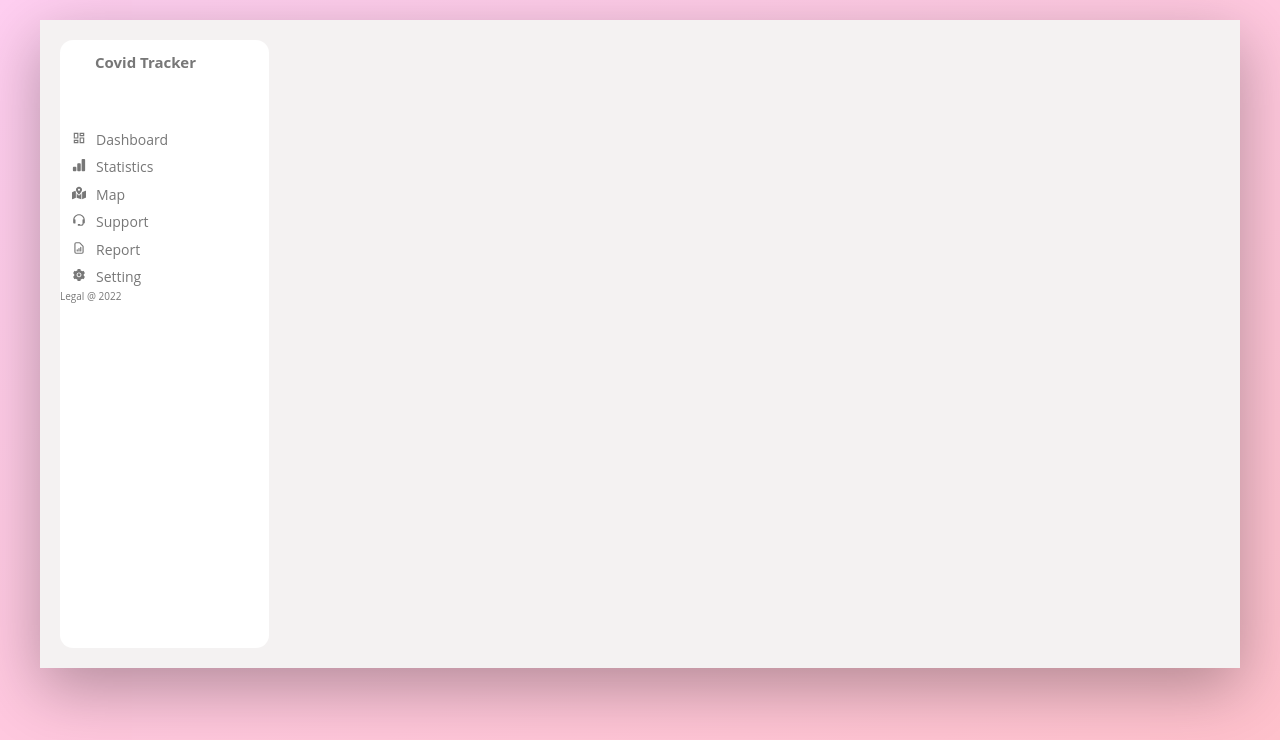
Repository: okidijimmy200/CovidAdminTracker
Page: /
An editor plug-in stored every save of this project. The page is shown before and after the next save, followed by the edit.
The browser window is 1280 px wide. The pictures show the whole page.
The project was rebuilt for these pictures with package versions that can differ from the ones it lists, and the page was loaded fresh each time.

Above is the page before, as saved 2022-06-10 09:40:18.

### src/index.scss
:root {
  --color-primary:#eb2f64;
  --color-primary-light:#ffcff1;
  --color-primary-dark:#ffc1cc;
  --color-grey-light-1: #faf9f9;
  --color-grey-light-2: #f4f2f2;
  --color-grey-light-3: #f0eeee;
  --color-grey-light-4: #ccc;
  --color-grey-dark-1: #333;
  --color-grey-dark-2: #777;
  --color-grey-dark-3: #999;

  // creating variable for box
  --shadow-dark: 0 2rem 6rem rgba(0, 0, 0, 0.3);

  --shadow-light: 0 2rem 5rem rgba(0,0,0,.06);
}


* {
  margin: 0;
  padding: 0;
}
*,
*::before,
*::after {
  box-sizing: inherit;
}

html {
  box-sizing: border-box;
  font-size: 62.5%;

}

body {
  font-family: 'Open Sans', sans-serif;
  font-weight: 400;
  line-height: 1.6;
  color: var(--color-grey-dark-2);
  background-image: linear-gradient(to right bottom, var(--color-primary-light), var(--color-primary-dark));
  background-size: cover;
  background-repeat: no-repeat;
  min-height: 100vh;
}

### src/App.tsx
import React from 'react';
import Sidebar from './sidebar/sidebar';
import Content from './core/content';
import './App.scss';

function App() {
  return (
    <div data-testid='container' className="container">
      <div className="content">
      <Sidebar />
      <Content />
      </div>

    </div>
  );
}

export default App;

### src/sidebar/sidebar.tsx
import React from 'react'
import {MdOutlineDashboard  } from 'react-icons/md'
import { BsFillBarChartFill } from 'react-icons/bs'
import { FaMapMarkedAlt } from 'react-icons/fa'
import { BiSupport } from 'react-icons/bi'
import { HiOutlineDocumentReport } from 'react-icons/hi'
import { AiFillSetting } from 'react-icons/ai'

import './sidebar.scss'

export default function sidebar() {
  return (
    <>
    <nav className="sidebar">
        <h2 className='title'>Covid Tracker</h2>
        <div className='sidebar-flex'>

        <ul className="side-nav">
            <li className="side-nav__item side-nav__item--active">
                <span className='side-nav__icon'><MdOutlineDashboard /></span>
                    <span>Dashboard</span>
            </li>
            <li className="side-nav__item">
                {/* <a href="#" class="side-nav__link"> */}
                    <span className="side-nav__icon">
                        <BsFillBarChartFill />
                        {/* <use xlink:href="img/spritspam#icon-aircraft-take-off"></use> */}
                    </span>
                    <span>Statistics</span>
                {/* </a> */}
            </li>
            <li className="side-nav__item">
                {/* <a href="#" class="side-nav__link"> */}
                    <span className="side-nav__icon">
                        <FaMapMarkedAlt />
                        {/* <use xlink:href="img/sprite.svg#icon-key"></use> */}
                    </span>
                    <span>Map</span>
                {/* </a> */}
            </li>
            <li className="side-nav__item">
                {/* <a href="#" className="side-nav__link"> */}
                    <span className="side-nav__icon">
                        {/* <use xlink:href="img/sprite.svg#icon-map"></use> */}
                        <BiSupport />
                    </span>
                    <span>Support</span>
                {/* </a> */}
            </li>
            <li className="side-nav__item">
                {/* <a href="#" className="side-nav__link"> */}
                    <span className="side-nav__icon">
                        {/* <use xlink:href="img/sprite.svg#icon-map"></use> */}
                        <HiOutlineDocumentReport />
                    </span>
                    <span>Report</span>
                {/* </a> */}
            </li>
            <li className="side-nav__item">
                {/* <a href="#" className="side-nav__link"> */}
                    <span className="side-nav__icon">
                        {/* <use xlink:href="img/sprite.svg#icon-map"></use> */}
                        <AiFillSetting />
                    </span>
                    <span>Setting</span>
                {/* </a> */}
            </li>
        </ul>
        <div className="legal">
            Legal @ 2022
        </div>
        </div>
    </nav>
</>
  )
}

### src/core/content.tsx
import React from 'react'

import './content.scss'

export default function Content() {
  return (
    <main className="hotel-view">
    </main>
  )
}

### src/App.scss
.container {
  max-width: 120rem;
  // centering in the view port
  margin: 2rem auto;
  background-color: var(--color-grey-light-2);
  // box-shadow:;
  box-shadow: var(--shadow-dark);

  // min height for testing
  // min-height: 60rem;

}

.content {
  display: flex;
  min-height: 90vh;
  padding: 2rem;
}

### src/sidebar/sidebar.scss

.sidebar {
    // styling the sidebar
    background-color: #fff;
    // flex property to define width, grow 0, shrink 0
    flex: 0 0 18%;
    // to create alot of space in the container for legal text
    border-radius: 1.3rem;
}

.side-nav {
    // adding font size
    font-size: 1.4rem;
    list-style: none;
    margin-top: 3.5rem;

   &__item {
       // parent element set to relative to element the hover effect
       position: relative;
       cursor: pointer;
       margin-left: 1.2rem;

       // to create space btn the items
       &:not(:last-child) {
           margin-bottom: .5rem;
       }
   }

   // this shd be visible only when we hover the item
   &__item:hover::before,
   // to make one of the li items initially highlighted
   &__item--active::before {
       width: 100%;
   }

   // to show the item as selected
   &__item:active::before {
       background-color: #fff;
   }


   &__link:link,
   &__link:visited {
    //    color: var(--color-grey-light-1);
       text-decoration: none;
       text-transform: uppercase;
       display: inline-block;
       padding: 1.5rem 3rem;
       // z-index only works with positioning
       position: relative;
       z-index: 10;
       // to align items in straight line
       display: flex;
       align-items: center;
   }

   &__icon {
       // reduce size of icons
       width: 1.75rem;
       height: 1.75rem;
       margin-right: 1rem;
       // current color is the color of the current element
       fill:currentColor;
   }
}
.sidebar-flex {
    display: flex;
    flex-direction: column;
    justify-content: space-between;
    // height: 90rem;
}
.title {
    padding: 1rem 2rem 2rem 3.5rem;
}

### src/core/content.scss
.hotel-view {
    // background-color: #fff;
    // to make the hotel-view cover up the remaining space
    flex: 1;
    margin-left: 2rem;
}

Loaded but not shown: public/index.html (common file); src/index.tsx (common file); src/reportWebVitals.ts (common file)

After the next save:
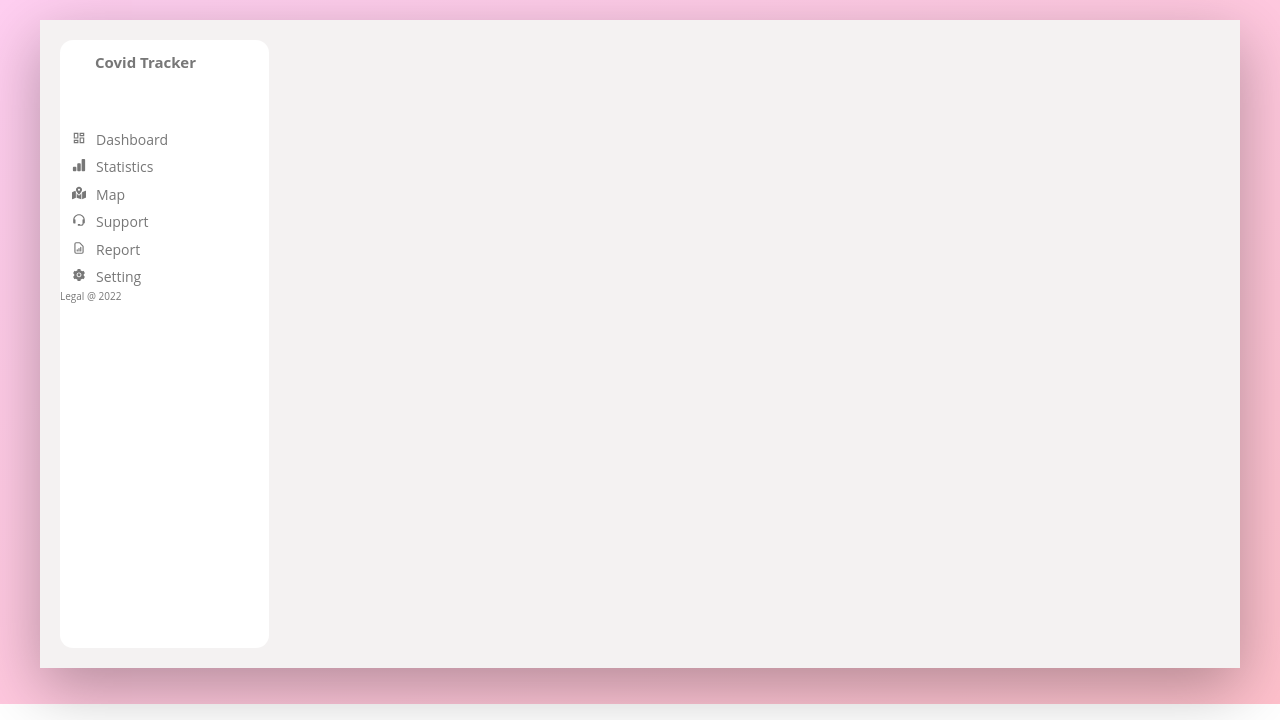
Saved 12 s later.
--- a/src/index.scss
+++ b/src/index.scss
@@ -41,5 +41,5 @@ body {
   background-image: linear-gradient(to right bottom, var(--color-primary-light), var(--color-primary-dark));
   background-size: cover;
   background-repeat: no-repeat;
-  min-height: 100vh;
+  min-height: 95vh;
 }
